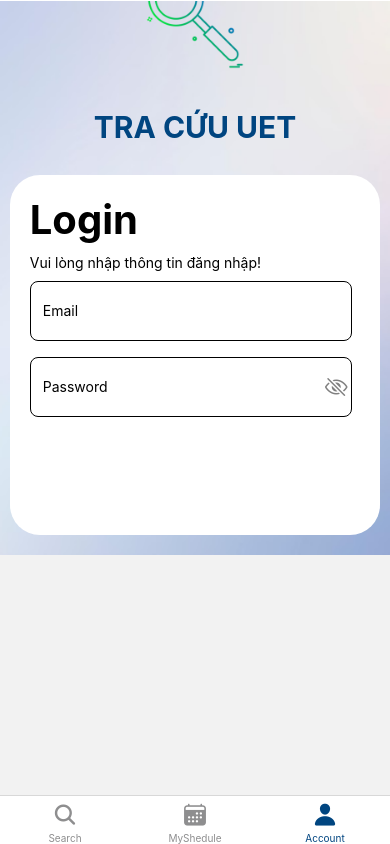
Repository: nguyenkhackien/Student-Progress-Tracker-
Screen: /Account (app in MyApp/)
An editor plug-in stored every save of this project. The screen is shown before and after the next save, followed by the edit.
The app was drawn by React Native's web renderer in a window 390 px wide. The project was rebuilt for these pictures with package versions that can differ from the ones it lists, and the page was loaded fresh each time. Also part of the build but not shown: MyApp/src/components/MyScheduleScreen.js.

Above is the screen before, as saved 2024-07-21 22:15:26.

### MyApp/App.js
import { createBottomTabNavigator } from "@react-navigation/bottom-tabs"
import { StatusBar } from "react-native"
import { Platform, SafeAreaView, StyleSheet, Text, View } from "react-native"
import AccountScreen from "./src/components/AccountScreen"
import MyScheduleScreen from "./src/components/MyScheduleScreen"
import SearchScreen from "./src/components/SearchSreen"
import { NavigationContainer } from "@react-navigation/native"
import { primaryColor } from "./src/Constants/Color"
import { Ionicons } from "@expo/vector-icons"

const Tab = createBottomTabNavigator()
const screenOptions = {
    headerShown: false,
    tabBarActiveTintColor: primaryColor,
}
export default function App() {
    return (
        <SafeAreaView style={styles.root}>
            <NavigationContainer>
                <Tab.Navigator screenOptions={screenOptions}>
                    <Tab.Screen
                        name="Search"
                        component={SearchScreen}
                        options={{
                            tabBarIcon: ({ focus, color, size }) => {
                                return (
                                    <Ionicons
                                        name={"search"}
                                        size={size}
                                        color={color}
                                    />
                                )
                            },
                        }}
                    />
                    <Tab.Screen
                        name="MyShedule"
                        component={MyScheduleScreen}
                        options={{
                            tabBarIcon: ({ focus, color, size }) => {
                                return (
                                    <Ionicons
                                        name={"calendar"}
                                        size={size}
                                        color={color}
                                    />
                                )
                            },
                        }}
                    />
                    <Tab.Screen
                        name="Account"
                        component={AccountScreen}
                        options={{
                            tabBarIcon: ({ focus, color, size }) => {
                                return (
                                    <Ionicons
                                        name={"person"}
                                        size={size}
                                        color={color}
                                    />
                                )
                            },
                        }}
                    />
                </Tab.Navigator>
            </NavigationContainer>
        </SafeAreaView>
    )
}
const styles = StyleSheet.create({
    root: {
        flex: 1,
        paddingTop: Platform.OS === "android" ? StatusBar.currentHeight : 1,
    },

})

### MyApp/src/components/AccountScreen.js
import { StyleSheet, Text, View } from "react-native"
import LoginScreen from "./LoginScreen"
export default function AccountScreen() {
    return (
        <LoginScreen/>
    )
}
const style = StyleSheet.create({

})

### MyApp/src/components/SearchSreen.js
import { StyleSheet, Text, View } from "react-native"

export default function SearchScreen() {
    return (
        <View>
            <Text> Search screen</Text>
        </View>
    )
}

### MyApp/src/Constants/Color.js
export const primaryColor = "#004580"

### MyApp/src/components/LoginScreen.js
import React, { useState } from "react"
import {
    View,
    Text,
    Image,
    TextInput,
    TouchableOpacity,
    ImageBackground,
} from "react-native"
import { Ionicons } from "@expo/vector-icons"
import { primaryColor } from "../Constants/Color"

const LoginScreen = () => {
    const [Email, setEmail] = useState("")
    const [password, setPassword] = useState("")
    const [passwordVisible, setPasswordVisible] = useState(false)

    const togglePasswordVisibility = () => {
        setPasswordVisible(!passwordVisible)
    }

    return (
        <View>
            <ImageBackground
                source={require("../../assets/bgc.png")}
                style={{ width: "100%", height: "100%" }}
            >
                <View style={styles.container}>
                    <Image
                        source={require("../../assets/logo.png")}
                        style={styles.logoIcon}
                    />
                    <Text style={styles.title}>TRA CỨU UET</Text>
                    <View style={styles.loginContainer}>
                        <Text style={{fontSize:40,color:'black',fontWeight:'bold',marginBottom:10}}>Login</Text>

                        <Text style={{marginBottom:10}}>Vui lòng nhập thông tin đăng nhập!</Text>

                        <View style={styles.inputContainer}>
                            <TextInput
                                style={styles.input}
                                onChangeText={setEmail}
                                value={Email}
                                placeholder="Email"
                            />
                        </View>
                        <View style={styles.inputContainer}>
                            <TextInput
                                style={styles.input}
                                onChangeText={setPassword}
                                value={password}
                                placeholder="Password"
                                secureTextEntry={!passwordVisible}
                            />
                            <TouchableOpacity
                                onPress={togglePasswordVisibility}
                                style={styles.eyeIcon}
                            >
                                <Ionicons
                                    name={
                                        passwordVisible
                                            ? "eye-outline"
                                            : "eye-off-outline"
                                    }
                                    size={24}
                                    color="grey"
                                />
                            </TouchableOpacity>
                        </View>
                    </View>
                </View>
            </ImageBackground>
        </View>
    )
}

const styles = {
    container: {
        flex: 1,
        justifyContent:"flex-end",
        alignItems: "center",
    },
    title: {
        fontSize: 30,
        fontWeight: "bold",
        marginBottom: 30,
        color: primaryColor,
    },
    logoIcon: {
        width: 150,
        height: 150,
        marginVertical: 20,
    },
    loginContainer: {
        width: "95%",
        height: "65%",
        padding: 20,
        marginBottom:20,
        backgroundColor: "white",
        borderRadius: 30,
    },
    inputContainer: {
        flexDirection: "row",
        alignItems: "center",
        marginBottom: 16,
    },
    input: {
        flex: 1,
        height: 60,
        borderWidth: 1,
        borderRadius: 8,
        paddingHorizontal: 12,
        marginRight: 8,
    },
    phoneIcon: {
        position: "absolute",
        right: 12,
    },
    eyeIcon: {
        position: "absolute",
        right: 12,
    },
}

export default LoginScreen

After the next save:
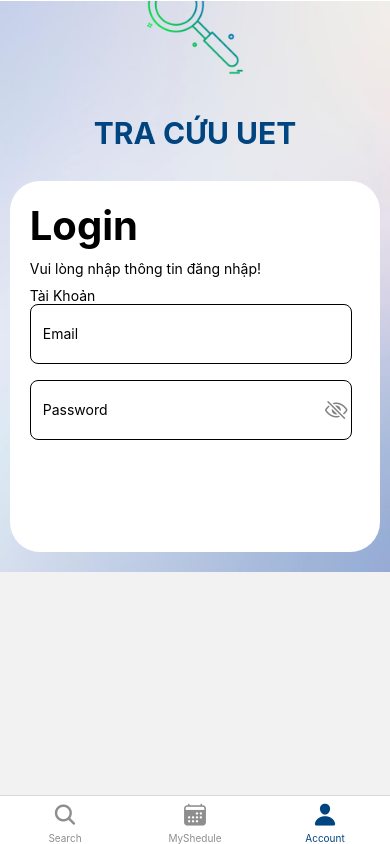
Saved 7 s later.
--- a/MyApp/src/components/LoginScreen.js
+++ b/MyApp/src/components/LoginScreen.js
@@ -35,7 +35,7 @@
                         <Text style={{fontSize:40,color:'black',fontWeight:'bold',marginBottom:10}}>Login</Text>
 
                         <Text style={{marginBottom:10}}>Vui lòng nhập thông tin đăng nhập!</Text>
-
+                        <Text>Tài Khoản</Text>
                         <View style={styles.inputContainer}>
                             <TextInput
                                 style={styles.input}

After the save that followed:
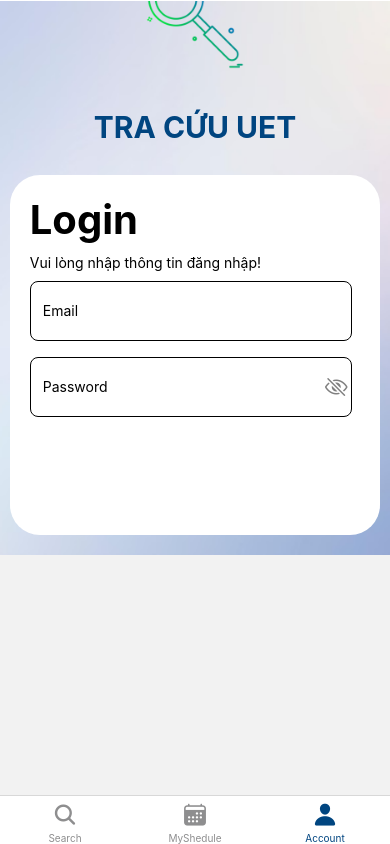
Saved 38 s later.
--- a/MyApp/src/components/LoginScreen.js
+++ b/MyApp/src/components/LoginScreen.js
@@ -35,7 +35,6 @@
                         <Text style={{fontSize:40,color:'black',fontWeight:'bold',marginBottom:10}}>Login</Text>
 
                         <Text style={{marginBottom:10}}>Vui lòng nhập thông tin đăng nhập!</Text>
-                        <Text>Tài Khoản</Text>
                         <View style={styles.inputContainer}>
                             <TextInput
                                 style={styles.input}
